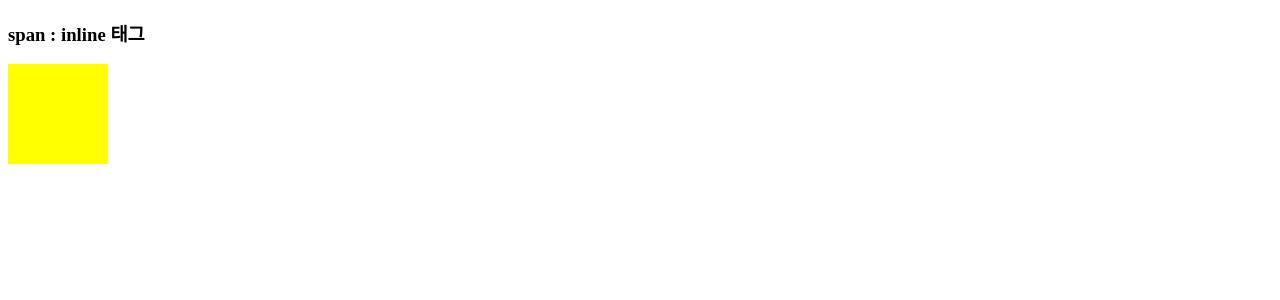
Repository: marudaga/html-css-lecture
Page: work/study/src/main/webapp/htmlEx/ch03/ex07.html
These files come from the project's save history. The page is drawn as it stood at one moment and after the next save; the edit follows.
The browser window is 1280 px wide. The pictures show the whole page.

Above is the page before, as saved 2022-09-07 00:25:47.

### work/study/src/main/webapp/htmlEx/ch03/ex07.html
<!DOCTYPE html>
<html>
<head>
<meta charset="UTF-8">
<title>Insert title here</title>
</head>
<body>

<h3>span : inline 태그</h3>

<div style="background: yellow; width: 100px; height: 100px;"></div>
</body>
</html>

After the next save:
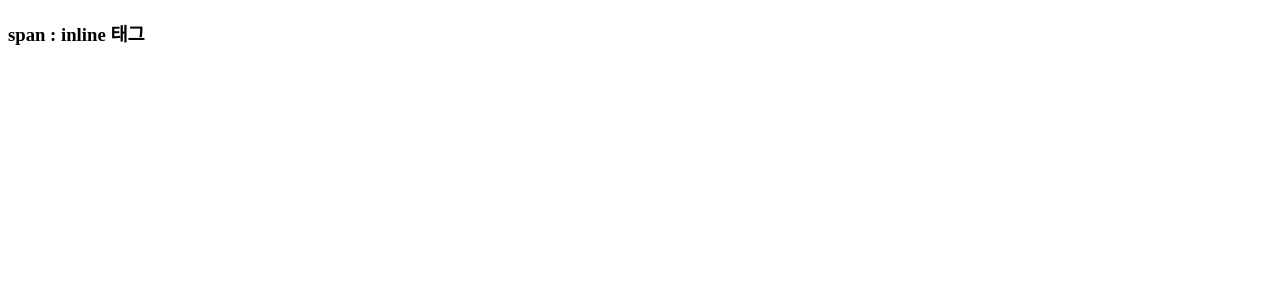
Saved 8 s later.
--- a/work/study/src/main/webapp/htmlEx/ch03/ex07.html
+++ b/work/study/src/main/webapp/htmlEx/ch03/ex07.html
@@ -8,6 +8,6 @@
 
 <h3>span : inline 태그</h3>
 
-<div style="background: yellow; width: 100px; height: 100px;"></div>
+<div style="background: yellow; width: 100px;"></div>
 </body>
 </html>

After the save that followed:
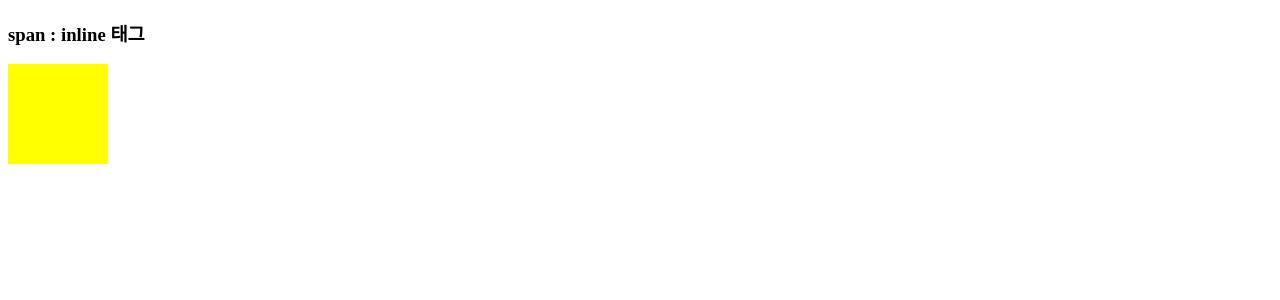
Saved 21 s later.
--- a/work/study/src/main/webapp/htmlEx/ch03/ex07.html
+++ b/work/study/src/main/webapp/htmlEx/ch03/ex07.html
@@ -8,6 +8,6 @@
 
 <h3>span : inline 태그</h3>
 
-<div style="background: yellow; width: 100px;"></div>
+<div style="background: yellow; width: 100px; height: 100px;"></div>
 </body>
 </html>
